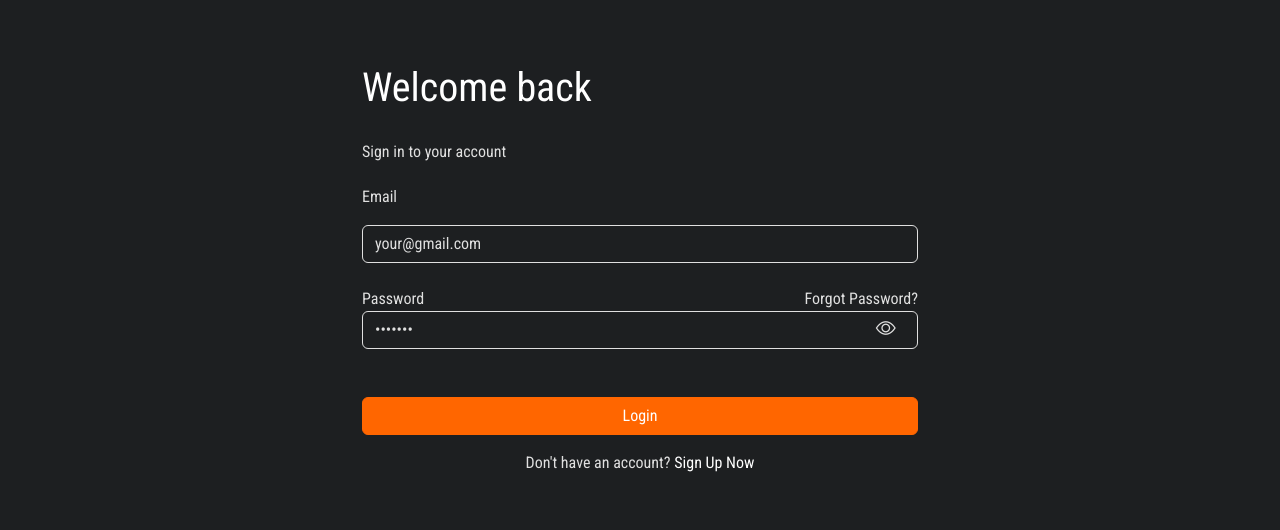
Repository: UDAYAGIRICHARAN/Project_spot
Page: / (app in React/reactapp/)
An editor plug-in stored every save of this project. The page is shown before and after the next save, followed by the edit.
The browser window is 1280 px wide. The pictures show the whole page.
The project was rebuilt for these pictures with package versions that can differ from the ones it lists, and the page was loaded fresh each time. Also part of the build but not shown: React/reactapp/src/components/Sidebar/Sidebar.js, React/reactapp/src/Pages/Home.js, React/reactapp/src/components/projectcreate/Content.jsx, React/reactapp/src/components/projectcreate/Createproject.jsx, React/reactapp/src/Pages/Projects.js, React/reactapp/src/Pages/MyTasks.js, React/reactapp/src/Pages/Reports.js, React/reactapp/src/components/profile/Profile.css and 24 more.

Above is the page before, as saved 2023-08-04 20:41:16.

After the next save:
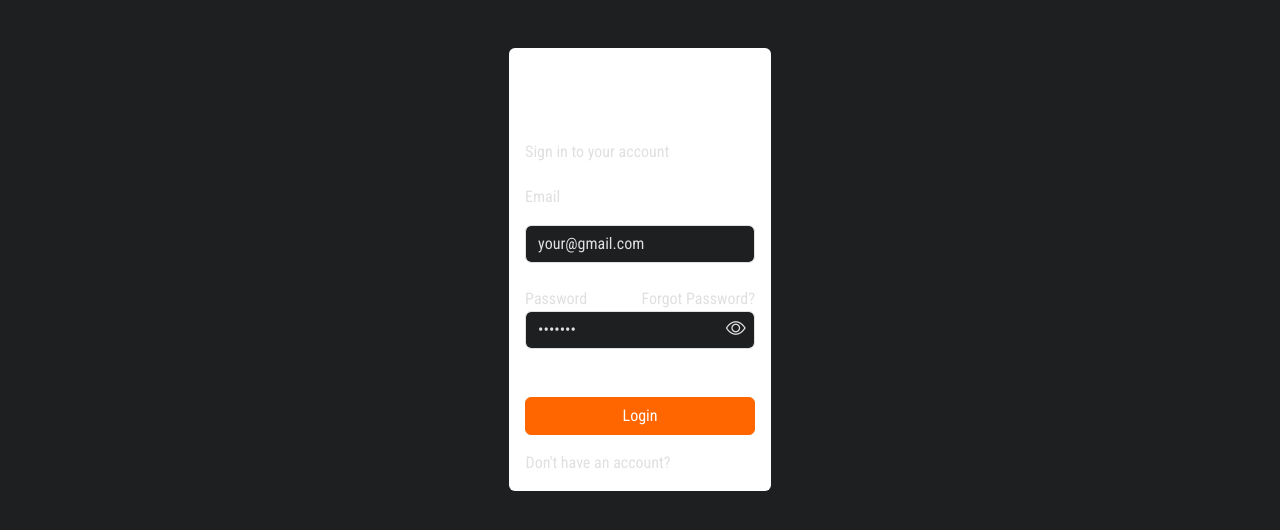
Saved 2 days later.
--- a/React/reactapp/src/components/login/index.js
+++ b/React/reactapp/src/components/login/index.js
@@ -1,6 +1,6 @@
 import { AuthInputbox, Authpasswordbox } from "../../components/inputbox";
 import { PrimaryBtn } from "../../components/button";
-import React,{useContext,useEffect} from "react";
+import React, { useContext, useEffect } from "react";
 import { Formik, Form } from "formik";
 import { LoginSchema } from "./schema";
 import { Link } from "react-router-dom";
@@ -11,24 +11,21 @@
 import { useNavigate } from "react-router-dom";
 import { UserContext } from "../../context";
 
-
-
-
 const Login = () => {
-  const {setUser,user}=useContext(UserContext)
+  const { setUser, user } = useContext(UserContext);
   const navigate = useNavigate();
   const initialValues = {
     email: "",
     password: "",
   };
   useEffect(() => {
-    console.log(user)
+    console.log(user);
   }, [user]);
 
   const handleSubmit = (values) => {
     axios({
       method: "post",
-      url: url+"/login",
+      url: url + "/login",
       data: {
         email: values.email,
         password: values.password
@@ -37,20 +34,18 @@
       .then((response) => {
         toast.success("Login successful");
         console.log(response.data);
-        localStorage.setItem("AuthToken",response.data.token);
+        localStorage.setItem("AuthToken", response.data.token);
         setUser(true);
-        console.log(user)
-
+        console.log(user);
       })
       .catch((error) => {
         toast.error("Login failed");
         console.error(error.message);
       });
-
   };
 
   return (
-    <div className="container">
+    <div className={`container ${styles.darkBackground}`}>
       <Formik
         initialValues={initialValues}
         validationSchema={LoginSchema}
@@ -60,14 +55,14 @@
       >
         {() => (
           <div className="d-flex justify-content-center">
-            <div className="mt-5 card border-0 bg-transparent col-xxl-5 col-xl-6 col-lg-7 col-md-9 col-12">
+            <div className={`mt-5 card border-0 ${styles.authCard}`}>
               <div className="card-body">
                 <h1 className={`fs-1 ${styles.primary_txt}`}>Welcome back</h1>
                 <h2 className={`fs-6 ${styles.secondary_txt}`}>
                   Sign in to your account
                 </h2>
                 <Form>
-                  <div className="form-group pt-4">
+                  <div className={`form-group pt-4 ${styles.formGroup}`}>
                     <label
                       htmlFor="email"
                       className={`fs-6 pb-3 ${styles.secondary_txt}`}
@@ -81,7 +76,7 @@
                       autoComplete="off"
                     />
                   </div>
-                  <div className="form-group pt-4">
+                  <div className={`form-group pt-4 ${styles.formGroup}`}>
                     <div className="d-flex justify-content-between">
                       <label
                         htmlFor="password"
@@ -101,10 +96,10 @@
                       autoComplete="off"
                     />
                   </div>
-                  <div className="pt-4">
+                  <div className={`pt-4 ${styles.formGroup}`}>
                     <PrimaryBtn type="submit" value="Login" />
                   </div>
-                  <div className="d-flex justify-content-center pt-3">
+                  <div className={`d-flex justify-content-center pt-3 ${styles.formGroup}`}>
                     <span
                       htmlFor="password"
                       className={`fs-6 ${styles.secondary_txt}`}

After the save that followed:
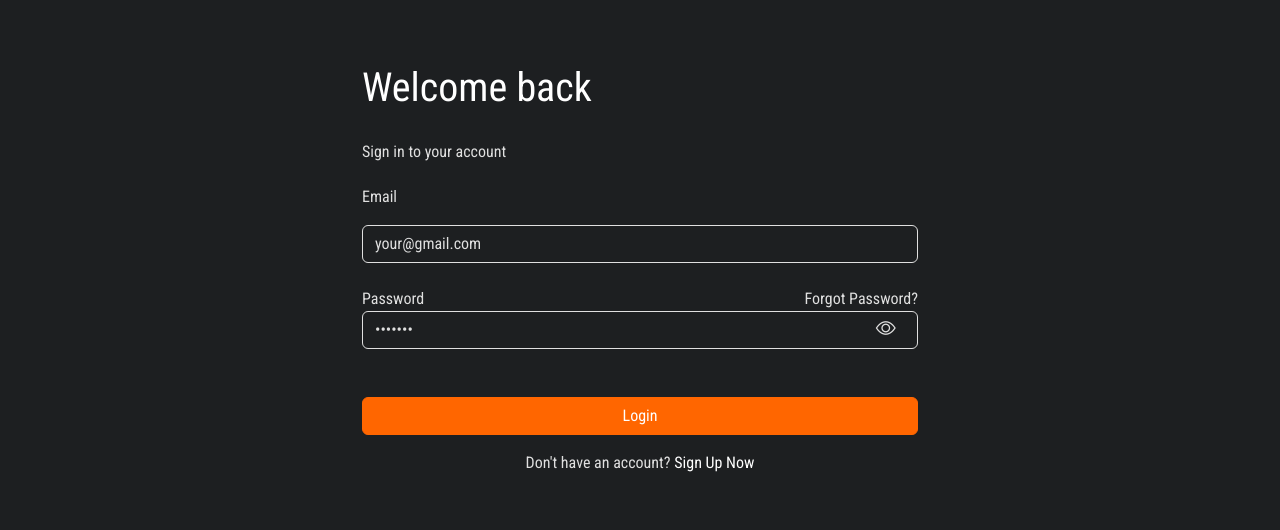
Saved 55 s later.
--- a/React/reactapp/src/components/login/index.js
+++ b/React/reactapp/src/components/login/index.js
@@ -1,6 +1,6 @@
 import { AuthInputbox, Authpasswordbox } from "../../components/inputbox";
 import { PrimaryBtn } from "../../components/button";
-import React, { useContext, useEffect } from "react";
+import React,{useContext,useEffect} from "react";
 import { Formik, Form } from "formik";
 import { LoginSchema } from "./schema";
 import { Link } from "react-router-dom";
@@ -11,21 +11,24 @@
 import { useNavigate } from "react-router-dom";
 import { UserContext } from "../../context";
 
+
+
+
 const Login = () => {
-  const { setUser, user } = useContext(UserContext);
+  const {setUser,user}=useContext(UserContext)
   const navigate = useNavigate();
   const initialValues = {
     email: "",
     password: "",
   };
   useEffect(() => {
-    console.log(user);
+    console.log(user)
   }, [user]);
 
   const handleSubmit = (values) => {
     axios({
       method: "post",
-      url: url + "/login",
+      url: url+"/login",
       data: {
         email: values.email,
         password: values.password
@@ -34,18 +37,20 @@
       .then((response) => {
         toast.success("Login successful");
         console.log(response.data);
-        localStorage.setItem("AuthToken", response.data.token);
+        localStorage.setItem("AuthToken",response.data.token);
         setUser(true);
-        console.log(user);
+        console.log(user)
+
       })
       .catch((error) => {
         toast.error("Login failed");
         console.error(error.message);
       });
+
   };
 
   return (
-    <div className={`container ${styles.darkBackground}`}>
+    <div className="container">
       <Formik
         initialValues={initialValues}
         validationSchema={LoginSchema}
@@ -55,14 +60,14 @@
       >
         {() => (
           <div className="d-flex justify-content-center">
-            <div className={`mt-5 card border-0 ${styles.authCard}`}>
+            <div className="mt-5 card border-0 bg-transparent col-xxl-5 col-xl-6 col-lg-7 col-md-9 col-12">
               <div className="card-body">
                 <h1 className={`fs-1 ${styles.primary_txt}`}>Welcome back</h1>
                 <h2 className={`fs-6 ${styles.secondary_txt}`}>
                   Sign in to your account
                 </h2>
                 <Form>
-                  <div className={`form-group pt-4 ${styles.formGroup}`}>
+                  <div className="form-group pt-4">
                     <label
                       htmlFor="email"
                       className={`fs-6 pb-3 ${styles.secondary_txt}`}
@@ -76,7 +81,7 @@
                       autoComplete="off"
                     />
                   </div>
-                  <div className={`form-group pt-4 ${styles.formGroup}`}>
+                  <div className="form-group pt-4">
                     <div className="d-flex justify-content-between">
                       <label
                         htmlFor="password"
@@ -96,10 +101,10 @@
                       autoComplete="off"
                     />
                   </div>
-                  <div className={`pt-4 ${styles.formGroup}`}>
+                  <div className="pt-4">
                     <PrimaryBtn type="submit" value="Login" />
                   </div>
-                  <div className={`d-flex justify-content-center pt-3 ${styles.formGroup}`}>
+                  <div className="d-flex justify-content-center pt-3">
                     <span
                       htmlFor="password"
                       className={`fs-6 ${styles.secondary_txt}`}
